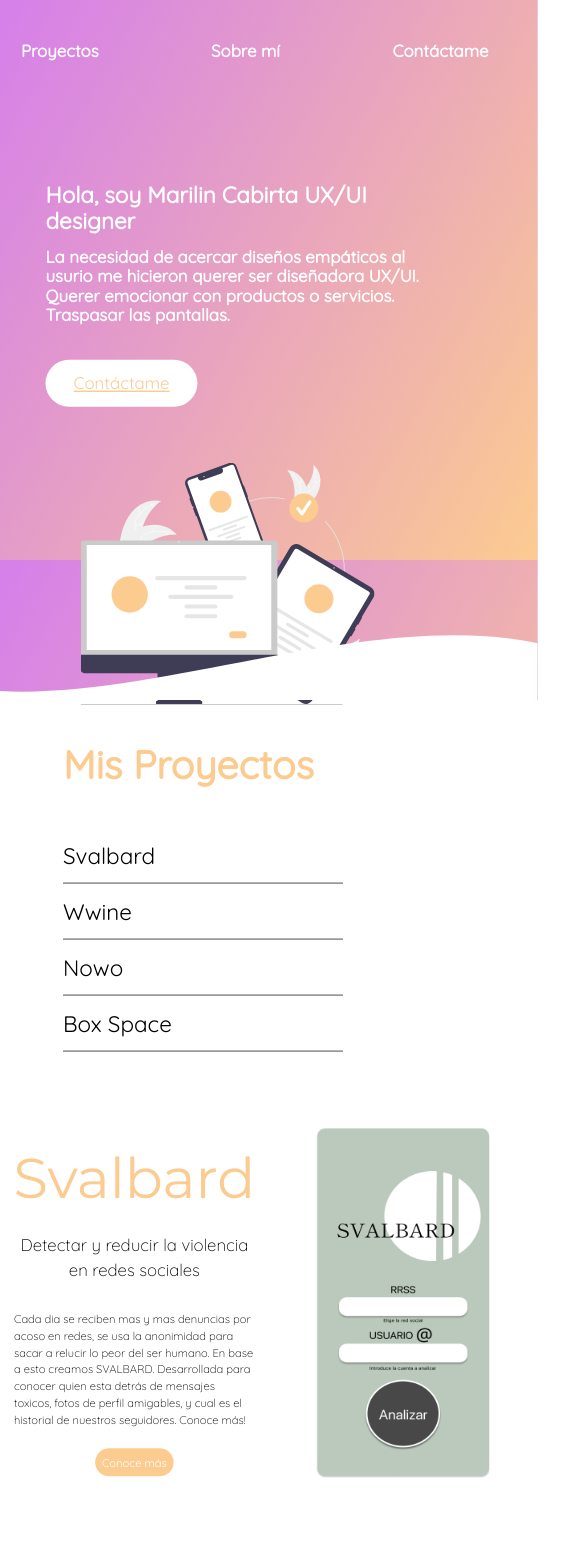
Repository: Marilyncabirta/portfolioHTML
Page: index.html
These files come from the project's save history. The page is drawn as it stood at one moment and after the next save; the edit follows.
The browser window is 768 px wide. The page is 818 px wide, so the pictures cover 818 px, including what lies to the right of the window. The pictures show the part of the page from y = 0 to 2240 px (the page is 4553 px tall), at 70% of full size.
Backgrounds fixed to the window are drawn as part of the page. Some web libraries are served in a nearby version.

Above is the page before, as saved 2022-12-16 13:02:54.

### index.html
<!DOCTYPE html>
<html lang="es">
<head>
    <meta charset="UTF-8">
    <meta name="viewport" content="width=device-width, initial-scale=1.0">
    <title>Portafolio AlexCG</title>
    <link rel="stylesheet" href="css/normalize.css">
    <link rel="stylesheet" href="css/estilos.css">
    <link rel="preconnect" href="https://fonts.googleapis.com">
<link rel="preconnect" href="https://fonts.gstatic.com" crossorigin>
<link href="https://fonts.googleapis.com/css2?family=Montserrat:wght@100;400;700&family=Quicksand:wght@300;400&display=swap" rel="stylesheet">
</head>


<body>

    <header class="hero">
        <div class="contenedor">
            <nav class="nav">
                <a href="" class="nav__items nav__items--cta">Proyectos</a>
                <a href="" class="nav__items">Sobre mí</a>
                <a href="" class="nav__items">Contáctame</a>
            </nav>

            <section class="hero__contenedor">
                <div class="hero__texts">
                    <h1 class="hero__title">Hola, soy Marilin Cabirta UX/UI designer</h1>
                    <h2 class="hero_subtitle">La necesidad de acercar diseños empáticos al usurio me hicieron querer ser diseñadora UX/UI. Querer emocionar con productos o servicios. Traspasar las pantallas.</h2>
                    <a href="" class="hero_cta">Contáctame</a>
                </div>
                <div class="contenedor_ilustraciones">
                    <img class="hero_image" src="assets/hero1.svg" alt="marilincabirta">
                </div>
            </section>
        </div>
        <div>
            <div class="hero_wave" style= "overflow:hidden;" ><svg viewBox="0 0 500 150" preserveAspectRatio="none" style="height: 100%; width: 100%;"><path d="M-0.56,130.76 C150.00,150.00 349.20,-49.99 503.38,30.10 L500.00,150.00 L0.00,150.00 Z" style="stroke: none; fill: #fff;"></path></svg></div>
        </div>
    </header>

    <main >
        <section class="presentacion__container">
            <h2 class="subtitle--h2">Mis Proyectos</h2>
            <div class="lista">
                <ul>
                    <li><a class="nombres" href="#">Svalbard<a></li>
                        <div class="linea"></div>
                    <li><a class="nombres" href="#">Wwine</a></li>
                        <div class="linea"></div>
                    <li><a class="nombres" href="#">Nowo</a></li>
                        <div class="linea"></div>
                    <li><a class="nombres" href="#">Box Space</a></li>
                        <div class="linea"></div>

                </ul>
            </div>
        </section>

        <section class="about__container">
            <div class="about__texts">
                <h2 class="subtitle">Svalbard</h2>
                <p class="about__paragraph">Detectar y reducir la violencia en redes sociales</p>
                <p class="about__content">Cada dia se reciben mas y mas denuncias por acoso en redes, se usa la anonimidad para sacar a relucir lo peor del ser humano. En base a esto creamos SVALBARD. Desarrollada para conocer quien esta detrás de mensajes toxicos, fotos de perfil amigables, y cual es el historial de nuestros seguidores. Conoce más!</p>
                <a class="about__button" href="">Conoce más</a>
            </div>
            <div class="about__img">
                <img class="about__picture" src="assets/LOG IN.png"   alt="">
            </div>
        </section>

        <section class="about__container">
            <div class="about__img">
                <img src="assets/wwine mockup.jpg" class="about__picture"alt="">
            </div>
            <div class="about__texts">
                <h2 class="subtitle">Wwine</h2>
                <p class="about__paragraph">¿Quién no ha deseado alguna vez poder saber más de un vino antes de comprarlo?</p>
                <p class="about__content">Le damos forma a los deseos de todos los consumidores de vino y desarrollamos este dispositivo para poder conocer las propiedades olfativas de un vino antes de comprarlo. No nos crees? Te contamos más!</p>
                <a class="about__button" href="">Conoce más</a>
            </div>

        </section>

        <section class="about__container">
            <div class="about__texts">
                <h2 class="subtitle">Nowo</h2>
                <p class="about__paragraph">Mejoramos tu forma de viajar</p>
                <p class="about__content">Millones de personas se desplazan todos los días por ocio o por trabajo y su principal carga son las maletas. Venimos a revolucionar el concepto de viajar. Nosotros nos ocupamos de las maletas, ofreciéndote los packs más completos para que nada te falte!</p>
                <a class="about__button" href="">Conoce más</a>
            </div>
            <div class="about__img">
                <img src="assets/Nowo by rebellion 1.jpg" class="about__picture" alt="">
            </div>
        </section>

        <section class="about__container">
            <div class="about__img">
                <img src="assets/mock uo.jpg" class="about__picture" alt="">
            </div>
            <div class="about__texts">
                <h2 class="subtitle">Box Space</h2>
                <p class="about__paragraph">Como conseguimos que haya más usuarios en los parques urbanos?</p>
                <p class="about__content">Esta App fue creada para mejorar la asistencia a los parques urbanos. En un mundo con prisas, acercamos la tecnología y la era digital a aquellos entornos naturales que nos encanta disfrutar, pero que todavía no nos permiten desarrollar todas nuestras facetas diarias cómodamente.Descúbrela!</p>
                <a class="about__button" href="">Conoce más</a>
            </div>

        </section>

    </main>

    <footer class="footer">
        <div container class="container footer__grid">
            <nav class="nav nav--footer">
                <a class="nav_items nav__items--footer" href="">Inicio </a>
                <a class="nav_items nav__items--footer" href="">Sobre mí</a>
                <a class="nav_items nav__items--footer" href="">Proyectos</a>
            </nav>

            <section class="footer__contact">
                <h3 class="footer__title"> Contáctame</h3>
                <div class="footer__icons">
                    <span class="footer__container-icons">
                        <a href="#" class="fab fa-medium footer__icon"></a>
                    </span>
                    <span class="footer__container-icons">
                        <a href="#" class="fab fa-linkedin footer__icon"></a>
                    </span>
                    <span class="footer__container-icons">
                        <a href="#" class="fab fa-mailchimp footer__icon"></a>
                    </span>

                </div>
            </section>



        </div>
    </footer>







    <script src="https://kit.fontawesome.com/b4fd9d412c.js" crossorigin="anonymous"></script>
</body>
</html>

### css/estilos.css

@import url('https://fonts.googleapis.com/css2?family=Montserrat:wght@100;400;700&family=Quicksand:wght@300;400&display=swap');


:root{
    --background:linear-gradient(120deg,#d57feb   0%,#fccb90 100%);
    --color-secondary:#fccb90;
    --color-primary: white;
    --boton-padding: 20px 40px;
}
body{

    font-family: 'Montserrat', sans-serif;
    font-family: 'Quicksand', sans-serif;
}

.hero{
    width: 100%;
    height: 1000px;
    background-image: var(--background);
    background-repeat: no-repeat;
    background-attachment: fixed;
    position: relative;
}

.contenedor{
  padding: 20px 0;

}
.hero__contenedor{
    width: 100%;
    display: grid;
    grid-template-columns: 1fr 1fr ;
    height: 100%;
    justify-content: space-evenly;
    align-items: center;
    padding-bottom: 50px;
    margin: 50px;

}


.contenedor_ilustraciones{
    width: 800px;
    height: auto;
    text-align: center;
    justify-content: center;
}

.hero__texts{
    width: 50%;
    height: inherit;
    color: white;
    margin-top: 20px;
    margin: 0 60px;
}
.hero_image{
    width: 70%
}

.hero_wave{
    position: absolute;
    bottom: 0;
    left: 0;
    height: 100px;
    width: 100%;
}

.nav{
    display: flex;
    justify-content: flex-end;
    height: 80px;
    align-items: right;
    font-weight: 700;
    margin-top: 30px;

}

.nav--footer{
    font-weight: 300;
    justify-content: flex-start;
}

.nav__items{
    color: white;
    text-decoration: none;
    font-size: 32px;
    padding: 20px 15px;
    margin-right: 40px;
    font-weight: inherit;
}

.nav__items--cta{
    border: 2px solid white;
    border-radius: 40px;
}

.nav__items:hover{
    text-decoration: underline;
}
.nav__items--footer{
    padding: 10px;
}



.hero_cta{
    display: inline-block;
    font-size: 24px;
    background-color: var(--color-primary);
    color: #fccb90;
    padding: 20px 40px;
    margin-top: 30px;
    border-radius: 40px;
    text-align: center;
    justify-content: center;
}

.hero__texts{
    width: 90%;
    margin: 40px;
}

.hero__title{
    font-size: 60px;
    margin-top: 80px;

}

.hero__subtitle{
    font-size: 2rem;
    font-weight: 400;
    margin: 20px 0;
}

/* presentacion proyectos */



.presentacion__container{
    width: 60%;
    height: auto;
    padding-top: 0;
    text-align: center;
    text-decoration: none;
    margin-left: 50px;
}

.subtitle{
    font-size: 56px;
    color:var(--color-secondary);
    padding-bottom: 10px;
    font-weight: 700;
    text-align: center;
    margin: 40px;
}
.subtitle--h2{
    font-size: 56px;
    color:var(--color-secondary);
    padding-bottom: 10px;
    font-weight: 700;
    text-align: center;
    margin: 60px 40px;
    text-align: left;
}

.presentacion__container li{
    font-size: 32px;
    margin-top: 10px;
    padding: 10px 0;
    text-decoration: none;
}

.lista li{
 text-decoration: none;
 list-style: none;
 text-align: left;

}

.lista a{
    text-decoration: none;
    color: black;

}

.lista li:hover{
    font-size: 3.5rem;
    transition: 1s;
}

.lista div{
    border-top: 1px solid black;
    height: 2px;
    max-width: 400px;
    padding: 0;
    margin: 10px 0 auto 0;

}

.about__container{
    width: 70%;
    min-height: 800px;
    max-width: 1300px;
    height: auto;
    display: grid;
    grid-template-columns: 1fr 1fr ;
    margin: 60px auto;
    background-color: var(--color-primary);
    align-items: center;

}

.about__texts{

    justify-content: center;
    text-align: left;
    margin: 20px ;

}
.about__img{
     justify-content: center;
    text-align: center;
    margin: 20px;

}

.subtitle{
    font-size: 80px;
    font-family: "Montserrat";
    font-weight: 400;
    margin: 10px auto;

}



.about__picture{
    width: 250px;
    height: 500px;
    max-height: 800px;
}

.about__paragraph{
    margin: 20px;
    line-height: 1.5;
    font-weight: 300;
    font-size: 24px;
}

.about__content{
    font-size: 16px;
    margin: 40px 20px;
    text-align: left;
    line-height: 1.5;
    font-weight: 300;
}

.about__button{
    margin: 60px 20px;
    padding: 10px 10px;
    background-color:var(--color-secondary);
    color: white;
    border-radius: 20px;
    text-align: center;
    text-decoration: none;
}

/* footer */

.footer{
    background:var(--background);
    padding-bottom: 40px;



}

.footer__grid{
    display: grid;
    grid-template-columns: 3fr 2fr;
    gap: 20px;
    align-items: center;
    margin: 40px;
}

.nav_items{
    text-decoration: none;
    color: white;
    font-size: 20px;
    margin:0 0 0 10px;
}

.footer__title{
    font-weight: 400;
    color: white;
    font-size:2rem ;
    margin-bottom: 20px;
    text-align: center;
}

.footer__icons{
    display: flex;
    justify-content: space-evenly;
    font-size: 32px;
}

.footer__container-icons{
    display: inline-block;
    width: 60px;
    height: 60px;
    color: white;
    text-align: center;
    border: 1px solid white;
    border-radius: 50%;

}

.footer__icon{
    color: white;
    text-decoration: none;
    font-size: 30px;

}

.fab.footer__icon{
line-height: 60px;
text-decoration: underline;
}


/* responsive design */

@media screen and (max-width:800px){
        :root{
            --botton-padding:18px 40px;
        }

        .nav{
            justify-content:space-between
        }
        .nav__items--cta{
            border: none;
        }

        .nav__items{
            color: white;
            text-decoration: none;
            font-size: 24px;
            padding: 10px 30px;
            font-weight: inherit;
        }

        .nav__items--footer{
            border: none;
        }

        .hero__contenedor{
            width: 550px;
            display: grid;
            grid-template-columns: 1fr ;
            height: 100%;
            justify-content: center;
            align-items: center;
            padding-bottom: 50px;
            margin: 50px;

        }

        .hero__title{
            font-size: 2rem;
            margin-bottom: 20px;
        }

        .contenedor_ilustraciones{
            width: 600px;
            height: auto;
          text-align: center;
            justify-content: center;
        }

        .about__container{
            width: 100%;
            min-height: 600px;
        }
        .about__texts{
            width: 100%;
            justify-content: center;
            text-align: center;
            margin: 60px 0px;

        }

        .hero_image{
            width: 70%;
        }

        .presentacion__container{
            width: 100%;
        }

         .about__img{
            width: auto;
            text-align: center;
        }
    .footer{
        width: 100%;
    }
}




@media screen and (max-width:500px){

    :root{
        --botton-padding:15px 20px;
    }

    .hero{
        width: 100%;
        height: auto;
        position: relative;
    }
    .hero__contenedor{
        width: 100%;
        display: grid;
        grid-template-columns: 1fr;
        height: 100%;
        justify-content: center;
        align-items: center;
        padding-bottom: 80px;

    }
    .nav{
        flex-wrap: nowrap;
        justify-content: space-evenly;
        margin-top: 10px;

    }
    .nav__items--cta{
        border: none;
    }

    .nav__items{
        color: white;
        text-decoration: none;
        font-size: 20px;
        padding: 10px 20px;
        margin-right: 20px;

    }

    .nav__items--footer{
        border: none;
    }


    .hero__texts{
        margin-bottom: 50px;
        text-align: center;
    }
    .hero__title{
        font-size: 2rem;
        margin-bottom: 20px;
    }

    .hero__subtitle{
        font-size: 2rem;
        margin-bottom: 20px;
    }


    /* about */

    .subtitle{
        font-size: 2.5rem;
    }
    .about__paragraph{
        margin: 10px 10px;
        line-height: 1.5;
        font-weight: 300;
        font-size: 16px;
        text-align: left;
    }

    .about__content{
        font-size: 16px;
        margin: 10px 10px 40px 10px ;
        text-align: left;
        line-height: 1.5;
        font-weight: 300;
    }

    .nombres{
        font-size: 24px;
    }

    .about__container{
        width: 80%;
        min-height: 600px;
        height: auto;
        display: grid;
        margin: 20px auto;
        background-color: var(--color-primary);
        align-items: center;
     }

     .about__picture{
        width: 140px;
        height: 300px;
        max-height: 800px;

    }
     .contenedor_ilustraciones{
        width: 100%;
        height: auto;
        text-align: center;
        justify-content: center;
    }

    .about__texts:nth-child(2), :nth-child(4){
        grid-row: 1/2;
     }

     /* Footer */
     }

Loaded but not shown: css/normalize.css (library)

After the next save:
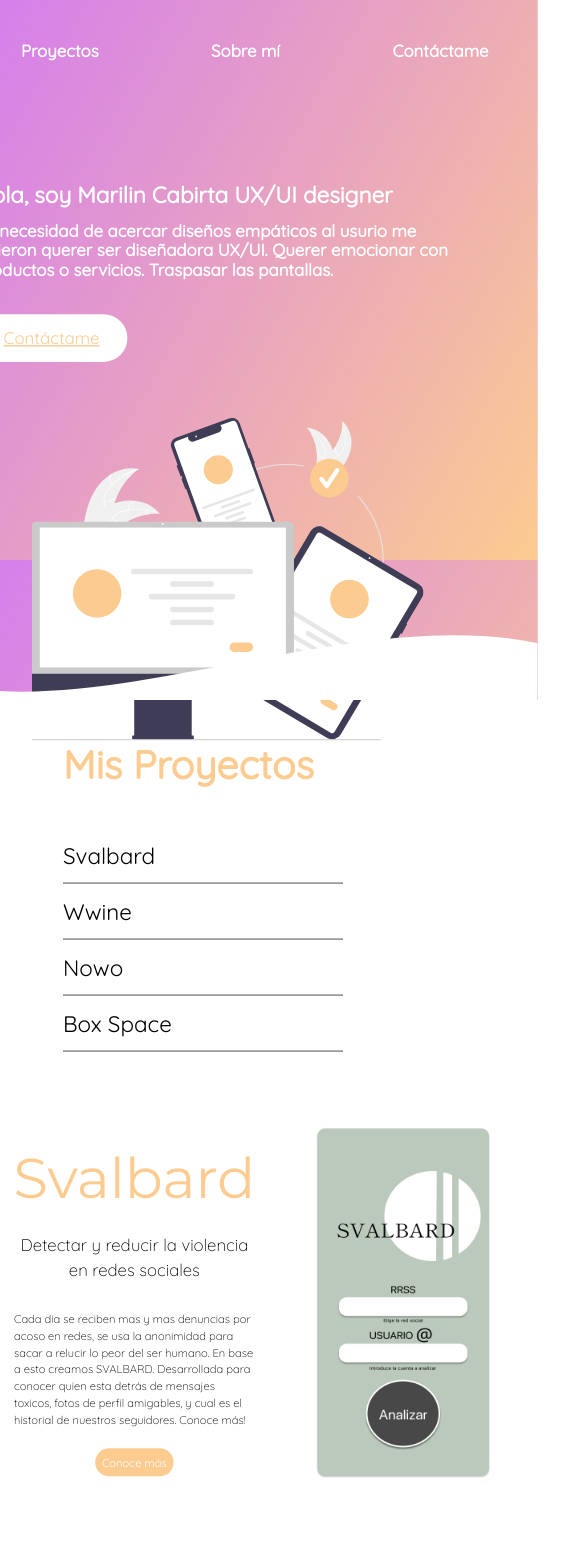
Saved 13 s later.
--- a/css/estilos.css
+++ b/css/estilos.css
@@ -373,9 +373,9 @@ text-decoration: underline;
         }
 
         .contenedor_ilustraciones{
-            width: 600px;
+            width: 800px;
             height: auto;
-          text-align: center;
+            text-align: center;
             justify-content: center;
         }
 
